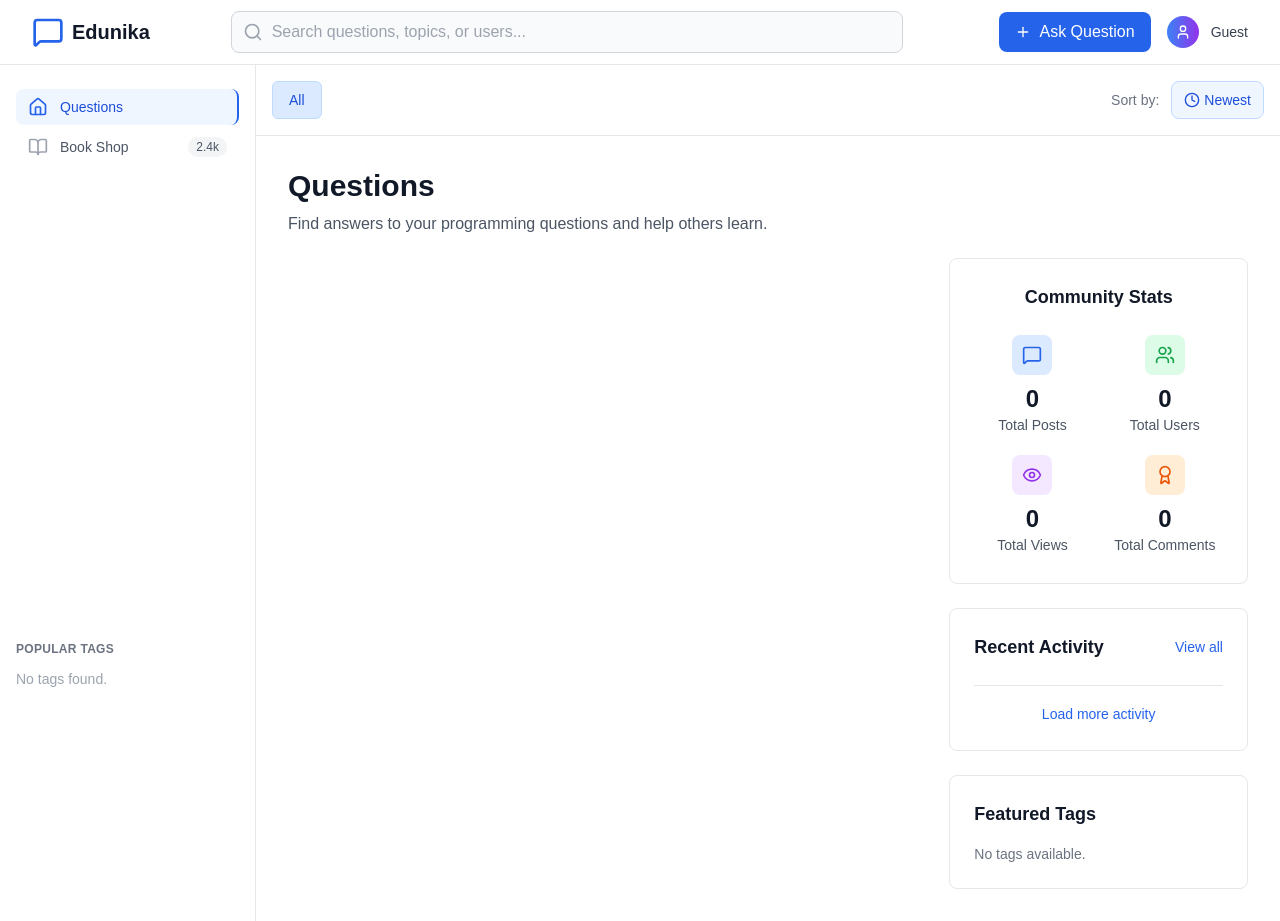
Repository: Ruddro420/forum-front-end
Page: /
These files come from the project's save history. The page is drawn as it stood at one moment and after the next save; the edit follows.
The browser window is 1280 px wide. The pictures show the whole page.
The page's requests for data from a server got no answer. The project was rebuilt for these pictures with package versions that can differ from the ones it lists, and the page was loaded fresh each time. No one was signed in, and anything a server would have sent is missing. Also part of the build but not shown: vite.config.js, src/Pages/Home.jsx, src/components/Question/QuestionCard.jsx, src/components/Question/AddQuestionSidebar.jsx, src/Pages/AskQuestion.jsx, src/Pages/ShopPage.jsx, src/Pages/QuestionDetail.jsx, src/Pages/ChatInterface.jsx and 7 more.

Above is the page before, as saved 2025-08-07 02:39:43.

### index.html
<!doctype html>
<html lang="en" data-theme="light">
  <head>
    <meta charset="UTF-8" />
    <link rel="icon" type="image/svg+xml" href="/vite.svg" />
    <meta name="viewport" content="width=device-width, initial-scale=1.0" />
    <title>Edunika</title>
  </head>
  <body>
    <div id="root"></div>
    <script type="module" src="/src/main.jsx"></script>
  </body>
</html>

### src/main.jsx
import { StrictMode } from 'react'
import { createRoot } from 'react-dom/client'
import './index.css'
import { createBrowserRouter, RouterProvider } from "react-router";
import MainLayout from './Layouts/MainLayout';
import Home from './Pages/Home';
import ForumPage from './Pages/ForumPage';
import AskQuestion from './Pages/AskQuestion';
import ShopPage from './Pages/ShopPage';
import QuestionDetail from './Pages/QuestionDetail';
import ChatInterface from './Pages/ChatInterface';
import StudentProfile from './Pages/StudentProfile';
import StudentDashboard from './Pages/StudentDashboard';
import Register from './Pages/Register';
import Login from './Pages/Login';
import PrivateRoute from './Auth/PrivateRoute';
import { AuthProvider } from './Auth/context/AuthContext';
import Categories from './Pages/Categories';

const router = createBrowserRouter([
  {
    path: "",
    element: <MainLayout />,
    children: [
      { path: "/", element: <ForumPage /> },
      { path: "/questions", element: <ForumPage /> },
      { path: "/shop", element: <ShopPage /> },
      { path: "/category/:id", element: <Categories /> },
    ]
  },
  {
    path: "",
    element: <PrivateRoute><MainLayout /></PrivateRoute>,
    children: [
      { path: "/ask-question", element: <AskQuestion /> },
      { path: "/question-detail/:id", element: <QuestionDetail /> },
      { path: "/chat/", element: <ChatInterface /> },
      { path: "/profile", element: <StudentProfile /> },
      { path: "/dashboard", element: <StudentDashboard /> },

    ]
  },
  { path: "/register", element: <Register /> },
  { path: "/login", element: <Login /> }
]);

createRoot(document.getElementById('root')).render(
  <StrictMode>
    <AuthProvider>
      <RouterProvider router={router} />
    </AuthProvider>
  </StrictMode>,
)

### src/index.css
@tailwind base;
@tailwind components;
@tailwind utilities;
@import url('https://fonts.googleapis.com/css2?family=Hind+Siliguri:wght@300;400;500;600;700&display=swap');


body{
  font-family: "Hind Siliguri", sans-serif!important;
}




/* :root {
  font-family: system-ui, Avenir, Helvetica, Arial, sans-serif;
  line-height: 1.5;
  font-weight: 400;

  color-scheme: light dark;
  color: rgba(255, 255, 255, 0.87);
  background-color: #242424;

  font-synthesis: none;
  text-rendering: optimizeLegibility;
  -webkit-font-smoothing: antialiased;
  -moz-osx-font-smoothing: grayscale;
}

@media (prefers-color-scheme: light) {
  :root {
    color: #213547;
    background-color: #ffffff;
  }
  a:hover {
    color: #747bff;
  }
  button {
    background-color: #f9f9f9;
  }
}
 */

### src/Layouts/MainLayout.jsx
import { useState } from "react";
import Header from "./Header";
import { Outlet } from "react-router";
import Sidebar from "./Sidebar";
import { Toaster } from "react-hot-toast";
import ScrollToTop from "../components/ScrollToTop";
import { useAuth } from "../Auth/context/AuthContext";


const MainLayout = () => {
  const [isSidebarOpen, setIsSidebarOpen] = useState(false);
  const { user, logout } = useAuth();

  return (
    <>
      <ScrollToTop />
      {/* {user ? (
        <>
          <span className="text-gray-700">Hi, {user.name}</span>
          <button
            onClick={logout}
            className="bg-red-500 text-white px-3 py-1 rounded hover:bg-red-600"
          >
            Logout
          </button>
        </>
      ) : (
        <a href="/login" className="text-blue-600">Login</a>
      )} */}
      <Header
        onMenuToggle={() => setIsSidebarOpen(!isSidebarOpen)}
        isMenuOpen={isSidebarOpen}
      />
      <div className="flex">
        <Sidebar
          isOpen={isSidebarOpen}
          onClose={() => setIsSidebarOpen(false)}
        />
        <main className="flex-1 lg:ml-0">
          <Outlet />
        </main>
      </div>
      <Toaster position='top-center' />
    </>
  );
};

export default MainLayout;

### src/Pages/ForumPage.jsx
import React, { useState } from "react";
import FilterBar from "../components/FilterBar";
import ActivityFeed from "../components/ActivityFeed";
import StatsWidget from "../components/StatsWidget";
import QuestionList from "../components/Question/QuestionList";
import { useAuth } from "../Auth/context/AuthContext";

const ForumPage = () => {
  const { posts, fetauredTag, categories } = useAuth();
  const [currentPage, setCurrentPage] = useState(1);
  const [selectedCategoryId, setSelectedCategoryId] = useState(null);

  const postsPerPage = 4;

  // 👉 Filter posts by selected category
  const filteredPosts = selectedCategoryId
    ? posts.filter(post => post.category_id === selectedCategoryId)
    : posts;

  const totalPages = Math.ceil(filteredPosts.length / postsPerPage);
  const paginatedPosts = filteredPosts.slice(
    (currentPage - 1) * postsPerPage,
    currentPage * postsPerPage
  );

  const tags = fetauredTag ? Object.keys(fetauredTag).slice(0, 9) : [];

  return (
    <>
      <FilterBar
        categories={[{ id: null, name: "All" }, ...(categories || [])]}
        selectedCategoryId={selectedCategoryId}
        onCategoryChange={(id) => {
          setSelectedCategoryId(id);
          setCurrentPage(1);
        }}
      />

      <div className="mx-auto px-4 sm:px-6 lg:px-8 py-8">
        <div className="grid grid-cols-1 lg:grid-cols-3 gap-8">
          <div className="lg:col-span-2">
            <div className="mb-6">
              <h1 className="text-3xl font-bold text-gray-900 mb-2">Questions</h1>
              <p className="text-gray-600">
                Find answers to your programming questions and help others learn.
              </p>
            </div>

            <QuestionList posts={paginatedPosts} />

            {/* Pagination */}
            <div className="mt-8 flex items-center justify-center space-x-2">
              {Array.from({ length: totalPages }, (_, i) => i + 1).map((page) => (
                <button
                  key={page}
                  onClick={() => setCurrentPage(page)}
                  className={`px-4 py-2 text-sm font-medium border rounded-lg ${
                    currentPage === page
                      ? "text-white bg-blue-600 border-blue-600"
                      : "text-gray-700 bg-white border-gray-300 hover:bg-gray-50"
                  }`}
                >
                  {page}
                </button>
              ))}

              {currentPage < totalPages && (
                <button
                  onClick={() => setCurrentPage((prev) => prev + 1)}
                  className="px-4 py-2 text-sm font-medium text-gray-700 bg-white border border-gray-300 rounded-lg hover:bg-gray-50"
                >
                  Next
                </button>
              )}
            </div>
          </div>

          {/* Sidebar */}
          <div className="space-y-6 mt-[90px]">
            <StatsWidget />
            <ActivityFeed />

            {/* Featured Tags */}
            <div className="bg-white rounded-lg border border-gray-200 p-6">
              <h3 className="text-lg font-semibold text-gray-900 mb-4">
                Featured Tags
              </h3>
              <div className="flex flex-wrap gap-2">
                {tags.length > 0 ? (
                  tags.map((tag) => (
                    <span
                      key={tag}
                      className="px-3 py-1 bg-blue-100 text-blue-800 rounded-lg text-sm font-medium cursor-pointer hover:bg-blue-200 transition-colors"
                    >
                      {tag}
                    </span>
                  ))
                ) : (
                  <span className="text-sm text-gray-500">No tags available.</span>
                )}
              </div>
            </div>
          </div>
        </div>
      </div>
    </>
  );
};


export default ForumPage;

### src/Layouts/Header.jsx
import React, { useState } from 'react';
import { Search, Bell, MessageSquare, User, Menu, X, Plus } from 'lucide-react';
import { useNavigate } from 'react-router';
import { useAuth } from '../Auth/context/AuthContext';

const Header = ({ onMenuToggle, isMenuOpen }) => {
  const [isSearchFocused, setIsSearchFocused] = useState(false);
  const navigate = useNavigate();
  // load users
  const {user} = useAuth();
  // console.log(user);


  return (
    <header className="bg-white border-b border-gray-200 sticky top-0 z-[999]">
      <div className=" mx-auto px-4 sm:px-6 lg:px-8">
        <div className="flex justify-between items-center h-16">
          {/* Logo and Mobile Menu */}
          <div className="flex items-center">
            <button
              onClick={onMenuToggle}
              className="lg:hidden p-2 rounded-md text-gray-400 hover:text-gray-500 hover:bg-gray-100 transition-colors"
            >
              {isMenuOpen ? <X className="h-6 w-6" /> : <Menu className="h-6 w-6" />}
            </button>
            <div className="flex items-center ml-2 lg:ml-0">
              <MessageSquare className="h-8 w-8 text-blue-600" />
              <span className="ml-2 text-xl font-bold text-gray-900">Edunika</span>
            </div>
          </div>

          {/* Search Bar */}
          <div className="flex-1 max-w-2xl mx-8 hidden md:block">
            <div className="relative">
              <div className="absolute inset-y-0 left-0 pl-3 flex items-center pointer-events-none">
                <Search className={`h-5 w-5 transition-colors ${isSearchFocused ? 'text-blue-500' : 'text-gray-400'}`} />
              </div>
              <input
                type="text"
                placeholder="Search questions, topics, or users..."
                className="block w-full pl-10 pr-4 py-2 border border-gray-300 rounded-lg bg-gray-50 focus:outline-none focus:ring-2 focus:ring-blue-500 focus:border-transparent focus:bg-white transition-all"
                onFocus={() => setIsSearchFocused(true)}
                onBlur={() => setIsSearchFocused(false)}
              />
            </div>
          </div>

          {/* Actions */}
          <div className="flex items-center space-x-4">
            <button className="md:hidden p-2 text-gray-400 hover:text-gray-500">
              <Search className="h-5 w-5" />
            </button>

            <button onClick={()=>navigate("/ask-question")} className="bg-blue-600 hover:bg-blue-700 text-white px-4 py-2 rounded-lg font-medium transition-colors flex items-center">
              <Plus className="h-4 w-4 mr-2" />
              <span className="hidden sm:inline">Ask Question</span>
            </button>

            {/* <button className="p-2 text-gray-400 hover:text-gray-500 relative">
              <Bell className="h-5 w-5" />
              <span className="absolute -top-1 -right-1 h-4 w-4 bg-red-500 rounded-full text-xs text-white flex items-center justify-center">3</span>
            </button> */}

            <div onClick={()=>navigate("/profile")} className="flex items-center space-x-3 cursor-pointer">
              <div className="w-8 h-8 bg-gradient-to-r from-blue-500 to-purple-600 rounded-full flex items-center justify-center">
                <User className="h-4 w-4 text-white" />
              </div>
              <span className="hidden sm:block text-sm font-medium text-gray-700">{user?.first_name ? user?.first_name : 'Guest'}</span>
            </div>
          </div>
        </div>
      </div>
    </header>
  );
};

export default Header;

### src/components/ScrollToTop.jsx
import { useEffect } from 'react';
import { useLocation } from 'react-router';

const ScrollToTop = () => {
  const { pathname } = useLocation();

  useEffect(() => {
    window.scrollTo({
      top: 0,
      behavior: 'smooth', // or 'auto' if you want instant scroll
    });
  }, [pathname]);

  return null;
};

export default ScrollToTop;

### src/components/FilterBar.jsx
import { Award, Calendar, Clock, Filter, SortDesc, TrendingUp } from "lucide-react";
import { useState } from "react";


const FilterBar = ({ categories, selectedCategoryId, onCategoryChange }) => {
  const [activeFilter, setActiveFilter] = useState('newest');
  const [activeTab, setActiveTab] = useState('all');

  const filterOptions = [
    { id: 'newest', label: 'Newest', icon: Clock },
  ];

  return (
    <div className="bg-white border-b border-gray-200 px-4 py-4">
      <div className="mx-auto">
        {/* Tabs */}
        <div className="flex flex-wrap items-center justify-between">
          <div className="flex space-x-1">
            {categories.map((cat) => (
              <button
                key={cat.id}
                onClick={() => onCategoryChange(cat.id)}
                className={`px-4 py-2 text-sm font-medium rounded-md transition-colors ${
                  selectedCategoryId === cat.id
                    ? 'bg-blue-100 text-blue-700 border border-blue-200'
                    : 'text-gray-600 hover:text-gray-900 hover:bg-gray-50 border border-blue-200'
                }`}
              >
                {cat.name}
              </button>
            ))}
          </div>

          <div className="flex items-center space-x-3">
            <span className="text-sm text-gray-500">Sort by:</span>
            <div className="flex space-x-1">
              {filterOptions.map((option) => (
                <button
                  key={option.id}
                  onClick={() => setActiveFilter(option.id)}
                  className={`flex items-center px-3 py-2 text-sm font-medium rounded-lg transition-colors ${
                    activeFilter === option.id
                      ? 'bg-blue-50 text-blue-700 border border-blue-200'
                      : 'text-gray-600 hover:text-gray-900 hover:bg-gray-50'
                  }`}
                >
                  <option.icon className="h-4 w-4 mr-1" />
                  {option.label}
                </button>
              ))}
            </div>
          </div>
        </div>
      </div>
    </div>
  );
};

export default FilterBar;

### src/components/ActivityFeed.jsx
import React from 'react';
import { MessageSquare, Award, TrendingUp, Users, Clock, UserCircle } from 'lucide-react';
import { useAuth } from '../Auth/context/AuthContext';
import { format } from 'timeago.js';
import { NavLink } from 'react-router';

const ActivityFeed = () => {
  const { recentPost } = useAuth()

  return (
    <div className="bg-white rounded-lg border border-gray-200 p-6 ">
      <div className="flex items-center justify-between mb-4">
        <h3 className="text-lg font-semibold text-gray-900 ">
          Recent Activity
        </h3>
        <button className="text-sm text-blue-600 hover:text-blue-700 ">
          View all
        </button>
      </div>

      <div className="space-y-4">
        {recentPost?.map((post) => (
          <div key={post.id} className="flex items-start space-x-3">
            <div className="p-2 rounded-lg bg-blue-100 ">
              <MessageSquare className="h-4 w-4 text-blue-600 " />
            </div>
            <NavLink to={`/question-detail/${post.id}`} className="flex-1 min-w-0 cursor-pointer">
              <p className="text-sm text-gray-900  font-medium">
                {post.title}
              </p>
              <p className="text-xs text-gray-500 ">

                <span className="font-bold text-green-900 mr-2">
                  {post.category?.name || "N/A"}
                </span>
                ||
                <span className="font-bold text-orange-900 ml-2">
                   {post.sub_category?.name || "N/A"}
                </span>
              </p>
              <div className="flex items-center mt-1 text-xs text-gray-500">
                <UserCircle className="h-3 w-3 mr-1" />
                <span>{post.student?.name || "Admin"}</span>
                <span className="mx-1">•</span>
                <Clock className="h-3 w-3 mr-1" />
                {/* <span>{moment(post.created_at).fromNow()}</span> */}
                <span>{format(post.created_at)}</span>
              </div>
            </NavLink>
          </div>
        ))}
      </div>

      <div className="mt-6 pt-4 border-t border-gray-200">
        <button className="w-full text-center text-sm text-blue-600 hover:text-blue-700  font-medium">
          Load more activity
        </button>
      </div>
    </div>
  );
};

export default ActivityFeed;

### src/components/StatsWidget.jsx
import { Award, Eye, MessageSquare, Users } from "lucide-react";
import { useAuth } from "../Auth/context/AuthContext";

const StatsWidget = () => {
  const { stats } = useAuth();

  const statsData = [
    {
      label: "Total Posts",
      value: stats?.total_posts ?? 0,
      change: "+234",
      changeType: "increase",
      icon: MessageSquare,
      color: "text-blue-600",
      bgColor: "bg-blue-100",
    },
    {
      label: "Total Users",
      value: stats?.total_users ?? 0,
      change: "+156",
      changeType: "increase",
      icon: Users,
      color: "text-green-600",
      bgColor: "bg-green-100",
    },
    {
      label: "Total Views",
      value: stats?.total_views ?? 0,
      change: "+12%",
      changeType: "increase",
      icon: Eye,
      color: "text-purple-600",
      bgColor: "bg-purple-100",
    },
    {
      label: "Total Comments",
      value: stats?.total_comments ?? 0,
      change: "+45",
      changeType: "increase",
      icon: Award,
      color: "text-orange-600",
      bgColor: "bg-orange-100",
    },
  ];

  return (
    <div className="bg-white rounded-lg border border-gray-200 p-6 ">
      <h3 className="text-lg font-semibold text-gray-900  mb-6 text-center">
        Community Stats
      </h3>

      <div className="grid grid-cols-2 gap-4">
        {statsData.map((stat, index) => {
          const Icon = stat.icon;
          return (
            <div key={index} className="text-center">
              <div
                className={`inline-flex items-center justify-center w-10 h-10 rounded-lg ${stat.bgColor} mb-2`}
              >
                <Icon className={`h-5 w-5 ${stat.color}`} />
              </div>
              <div className="text-2xl font-bold text-gray-900 ">
                {stat.value}
              </div>
              <div className="text-sm text-gray-600  mb-1">
                {stat.label}
              </div>
              {/* <div className="text-xs text-green-600 font-medium">
                {stat.change} this week
              </div> */}
            </div>
          );
        })}
      </div>
    </div>
  );
};

export default StatsWidget;

### src/components/Question/QuestionList.jsx
// import questions from '../../../public/data/questions.json'
import { useAuth } from '../../Auth/context/AuthContext';
import QuestionCard from './QuestionCard';

const QuestionList = () => {
const {posts} = useAuth();
console.log(posts);


  return (
    <div className="space-y-4">
      {posts?.map((question) => (
        <QuestionCard key={question.id} question = {question} />
      ))}
    </div>
  );
};

export default QuestionList;

Loaded but not shown: tailwind.config.js (common file); src/Auth/context/AuthContext.jsx (178 lines, source omitted); src/Layouts/Sidebar.jsx (138 lines, source omitted)

After the next save:
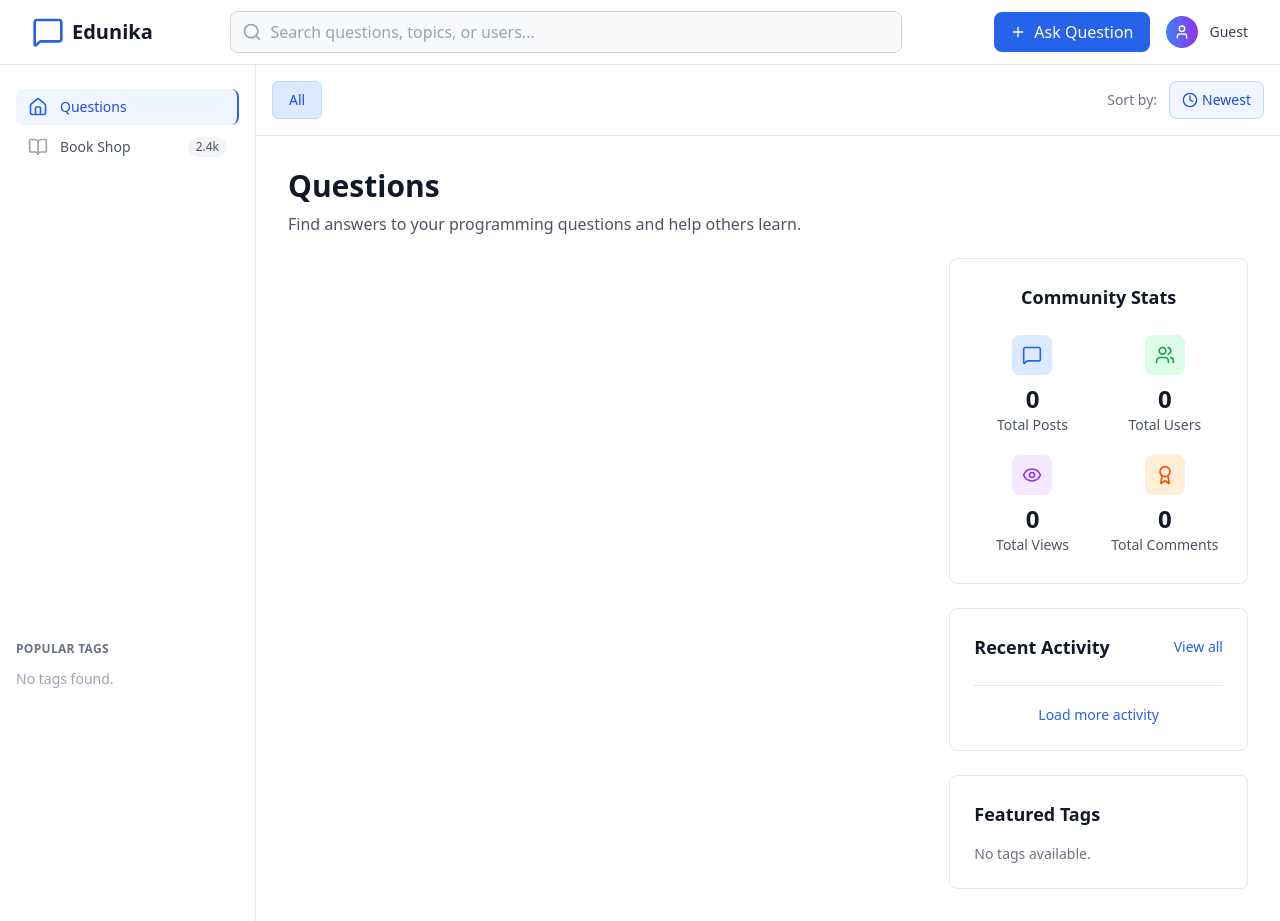
Saved 40 s later.
--- a/src/index.css
+++ b/src/index.css
@@ -1,12 +1,9 @@
 @tailwind base;
 @tailwind components;
 @tailwind utilities;
-@import url('https://fonts.googleapis.com/css2?family=Hind+Siliguri:wght@300;400;500;600;700&display=swap');
+/* @import url('https://fonts.googleapis.com/css2?family=Hind+Siliguri:wght@300;400;500;600;700&display=swap'); */
 
 
-body{
-  font-family: "Hind Siliguri", sans-serif!important;
-}
 
 
 
